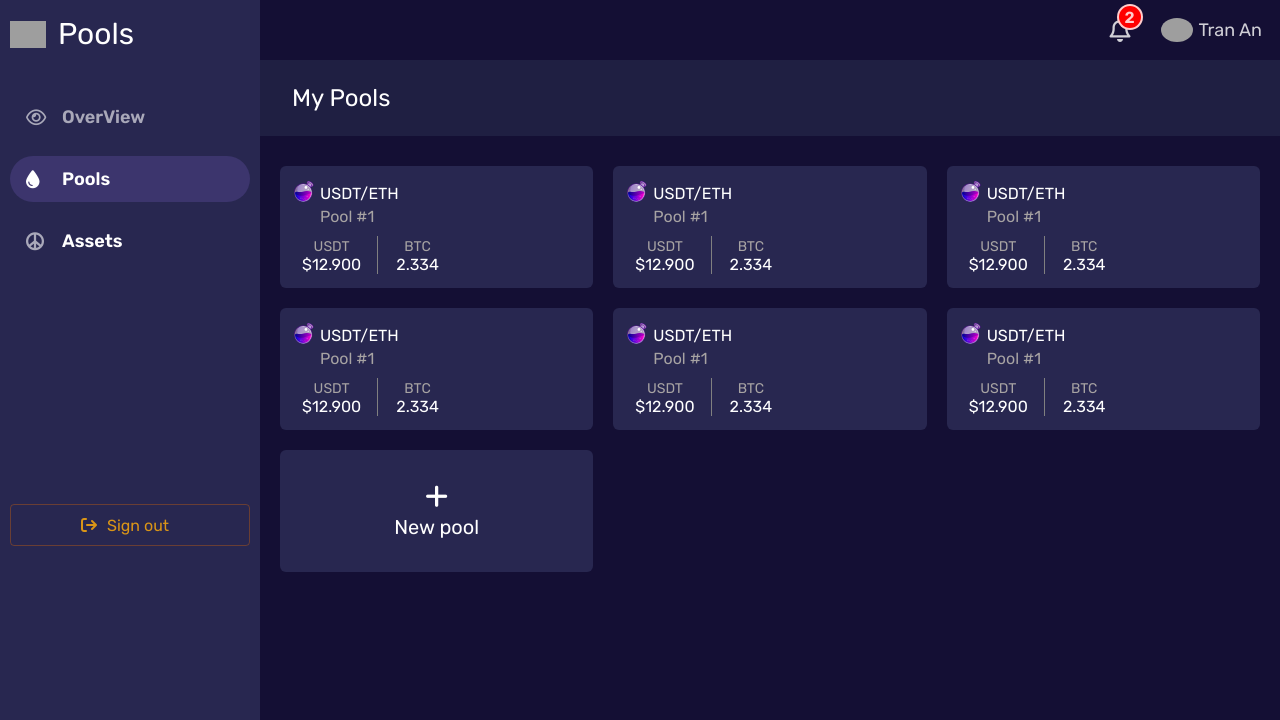
Repository: quynh232000/pools
Page: pool.html
An editor plug-in stored every save of this project. The page is shown before and after the next save, followed by the edit.
The browser window is 1280 px wide. The pictures show the whole page.
The pointer rests on the first visible `.p-content-item`.
Pictures or frames that could not be fetched are drawn as grey boxes.

Above is the page before, as saved 2023-07-13 23:30:09.

After the next save:
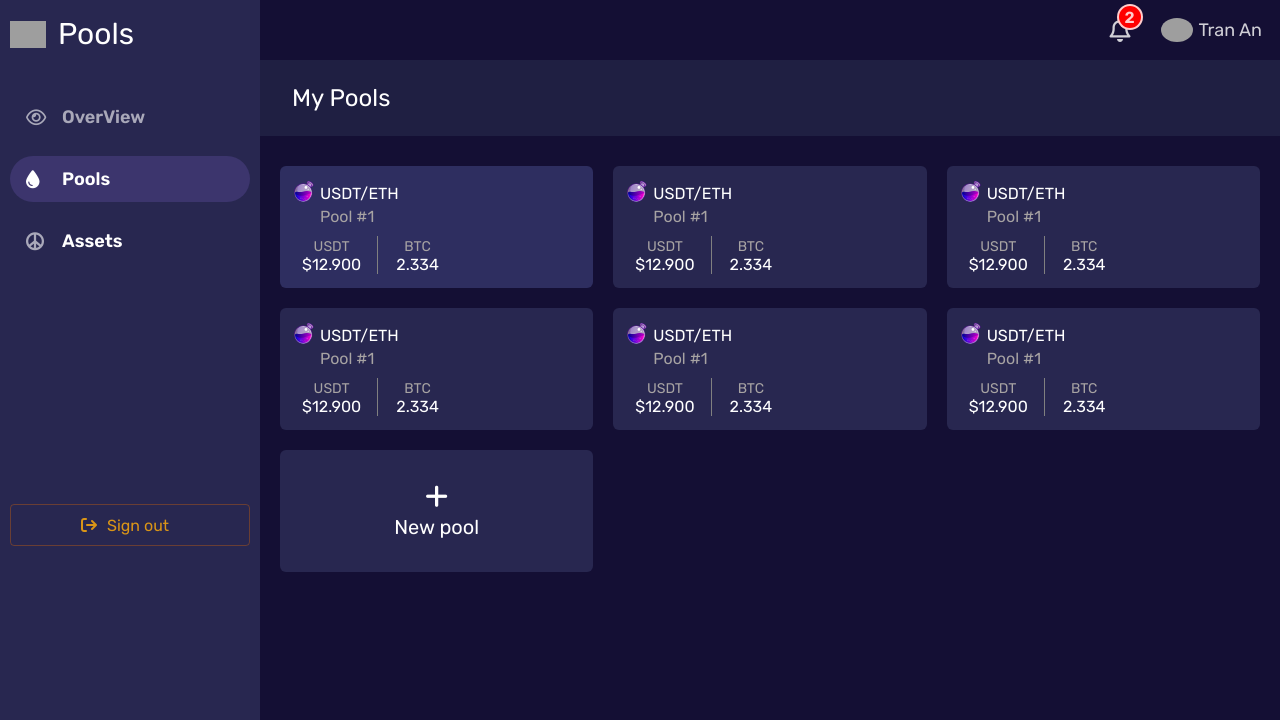
Saved 8 s later.
--- a/src/css/pool.css
+++ b/src/css/pool.css
@@ -14,7 +14,7 @@
     padding: 14px;
 }
 .p-content-item:hover{
-    background-color: #282750;
+    background-color: #2e2e60;
 }
 .p-content-item-top{
     display: flex;
